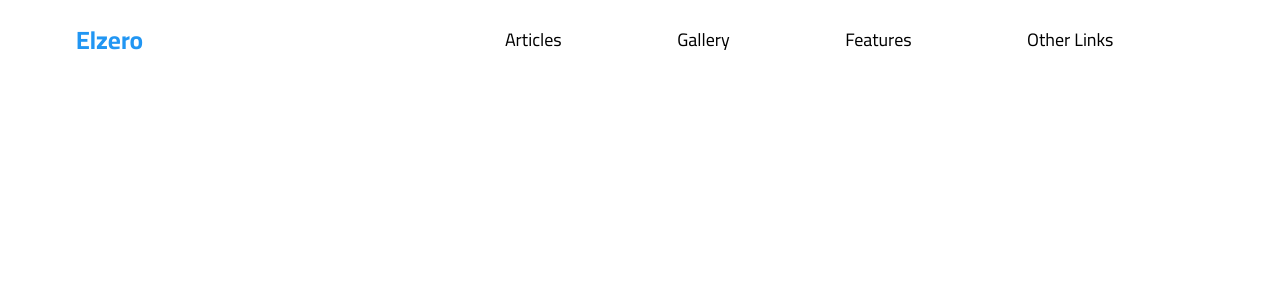
Repository: Toqa-25/elzeroAcdemey-Templete
Page: index.html
An editor plug-in stored every save of this project. The page is shown before and after a run of saves, followed by the edit.
The browser window is 1280 px wide. The pictures show the whole page.

Above is the page before, as saved 2022-01-16 20:49:21.

### index.html
<!DOCTYPE html>
<html lang="en">
<head>
    <meta charset="UTF-8">
    <meta http-equiv="X-UA-Compatible" content="IE=edge">
    <meta name="viewport" content="width=device-width, initial-scale=1.0">
    <!-- normalize file -->
    <link rel="stylesheet" href="css/normalize.css">
    <!-- css files -->
    <link rel="stylesheet" href="css/style.css">
    <!-- fontAwosem file -->
    <link rel="stylesheet" href="css/all.min.css">
     <!-- font files -->
     <link rel="preconnect" href="https://fonts.googleapis.com">
    <link rel="preconnect" href="https://fonts.gstatic.com" crossorigin>
    <link href="https://fonts.googleapis.com/css2?family=Cairo:wght@200;400;700;800;900&display=swap" rel="stylesheet">
    <!-- page title -->
    <title>templete 3</title>
</head>
<body>
    <header id="" class="">
        <div class="container">
            <div class="header-content">
                <div class="header-content-logo">
                    <a href="index.html" class="logo link-none">Elzero</a>
                </div>
                <nav>
                    <ul class="nav-list unlist">
                        <li class="nav-list-item"> <a href="" class="link-none  link-style" id="articles">articles</a></li>
                        <li class="nav-list-item"> <a href="" class="link-none  link-style" id="gallery">gallery</a></li>
                        <li class="nav-list-item"> <a href="" class="link-none  link-style" id="features">features</a></li>
                        <li class="nav-list-item" id="parent-other-links"> <a href="javascript:;" class="link-none  link-style " >other links</a>
                            <div class="other-links " id="child-other-links">
           <div class="other-links-content">
            <div class="other-links-content-img">
                <img src="images/header/Video files-amico.svg" alt="">
            </div>

            <ul class="other-links-list unlist">
            <div class="other-links-list-group-one">
              <li id="" class="other-links-list-item"><a href="" class="link-none  link-style "><i class="far fa-comments"></i> testimonials</a></li>
              <li id="" class="other-links-list-item"><a href="" class="link-none  link-style "><i class="far fa-user"></i> team member</a></li>
              <li id="" class="other-links-list-item"><a href="" class="link-none  link-style"><i class="far fa-building"></i> services</a></li>
              <li id="" class="other-links-list-item"><a href="" class="link-none  link-style"><i class="far fa-check-circle"></i> our skils</a></li>
              <li id="" class="other-links-list-item"><a href="" class="link-none  link-style"><i class="far fa-clipboard"></i> how it work</a></li>
            </div>
            <div class="other-links-list-group-one">
                <li id="" class="other-links-list-item"><a href="" class="link-none  link-style"><i class="far fa-calendar-alt"></i> events</a></li>
                <li id="" class="other-links-list-item"><a href="" class="link-none  link-style"><i class="fas fa-server"></i> pricing planes</a></li>
                <li id="" class="other-links-list-item"><a href="" class="link-none  link-style"><i class="far fa-play-circle"></i> top video</a></li>
                <li id="" class="other-links-list-item"><a href="" class="link-none  link-style"><i class="fas fa-chart-bar"></i> states</a></li>
                <li id="" class="other-links-list-item"><a href="" class="link-none  link-style"><i class="fas fa-percent"></i> request a discount</a></li>
            </div>
        </ul>
       </div>
       </div>
                        </li>

                    </ul>
                </nav>
            </div>
        </div>
    </header>

    <!-- welcom section -->


       <script src="script.js">

       </script>
</body>
</html>

### css/style.css
 /*
  - container
  -section head

 */
 /* global style */
 :root{
     /* --main-color:#45B2F8; */
     --main-color:#2196F3;
     --s-background:#ececec54;
     /* --s-background:#ecececa4; */
     --p-color:#D6ECEC;
 }

 *{
     box-sizing: border-box;
     margin: 0;
     padding: 0;
 }
html , body{
    width: 100%;
    height: 100%;
    margin: 0;
    padding: 0;
    overflow: hidden;
}
 body{
     font-family: "Cairo", sans-serif;
 }
 .container{
      width: 90%;
      margin:0 auto;
      /* padding: 15px 0; */
 }
 .link-none{
     text-decoration: none;
 }
 .unlist{
     list-style: none;
 }
 .link-style{
    font-size: 18px;
    text-transform: capitalize;
 }

 /* header style */
 header{
   margin-bottom: 10px;
 }
.header-content{
    display: flex;
    justify-content: space-between;
    align-items: center;
    padding: 10px 12px ;
    margin-bottom: 10px;
}
.logo{
    font-weight: bolder;
    font-size:25px;
    color:var(--main-color)
}

nav{
    width: 70%;
}
.nav-list{
    display: flex;
    justify-content: space-evenly;
    align-items: center;
}
.nav-list-item {
    cursor: pointer;
    color:#000;
    padding: 20px  25px;
    position: relative;
    transition: background-color .2s ;
    -webkit-transition: background-color .2s ;
    -moz-transition: background-color .2s ;
    -ms-transition: background-color .2s ;
    -o-transition: background-color .2s ;
}
.nav-list-item::before{
    content: "";
    height: 3px;
    width: 0;
    background-color: var(--main-color);
    position: absolute;
    top: 0px;
    left: 0;
    transition: width .6s;
    -webkit-transition: width .6s;
    -moz-transition: width .6s;
    -ms-transition: width .6s;
    -o-transition: width .6s;
}
.nav-list-item a{
        color:#000;
}

.nav-list-item:hover  {
    background-color: var(--s-background);
}
.nav-list-item:hover  a {
    color:var(--main-color);
}
.nav-list-item:hover::before{
        width: 100%;
}
#parent-other-links{
    position: relative;
}
#parent-other-links:hover #child-other-links{
    transform:translateY(20px) ;
    -webkit-transform:translateY(20px) ;
    -moz-transform:translateY(20px) ;
    -ms-transform:translateY(20px) ;
    -o-transform:translateY(20px) ;
}
/* media query for header*/
@media (max-width:767px){
    .header-content{
        flex-direction:column ;
        padding:5px 12px;
}
.header-content-logo{
    margin-bottom: 5px;
}
nav{
    width: 80%;
}
.nav-list-item{
    padding:17px 10px;
}
.nav-list-item a{
    font-size: 15px;
}
}
/********************************************************************************************/
/* style for other links */
.other-links{
 /*margin-top: 10px;
 */margin: 10 auto;
 transform: translatey(1000%);
 -webkit-transform: translatey(1000%);
 -moz-transform: translatey(1000%);
 -ms-transform: translatey(1000%);
 -o-transform: translatey(1000%);
 transition: transform .5s;
 -webkit-transition: transform .5s;
 -moz-transition: transform .5s;
 -ms-transition: transform .5s;
 -o-transition: transform .5s;
}
.other-links-content{
    display: flex;
    border-bottom: 4px solid var(--main-color);
    border-top: 2px solid var(--s-background);
}
.other-links-content-img{
    margin:auto;
}
.other-links-content-img img{
    width: 100%;
}
.other-links-list{
    width:55%;
    display: flex;
    justify-content: space-between;
    padding: 10px;
    align-items: center;
}
.other-links-list-group-one{
    width:45%
}
.other-links-list-item{
    padding: 15px ;
    border-bottom: 1px solid rgba(0, 0, 0, 0.337);
    position: relative;
    cursor: pointer;

}
.other-links-list-item:last-child{
    border:none;
}
.other-links-list-item::before{
    content:"";
    position: absolute;
    top: 0;
    left: 0;
    height: 100%;
    width: 0%;
    background-color: var(--s-background);
    transition:width .5s;
    -webkit-transition:width .5s;
    -moz-transition:width .5s;
    -ms-transition:width .5s;
    -o-transition:width .5s;
}
.other-links-list-item:hover::before{
    width: 100%;
}
.other-links-list-item a{
    font-weight: bold;
    color:var(--main-color)
}
.other-links-list-item > a > i{
 margin-right: 10px;
}
.other{
    transform: translatey(20px);
    -webkit-transform: translatey(20px);
    -moz-transform: translatey(20px);
    -ms-transform: translatey(20px);
    -o-transform: translatey(20px);
}
#child-other-links{
    width:85vw;
    position: absolute;
    right: 5px;
    /* background-color: violet; */
}
@media(max-width:991px){
    #child-other-links{
     width:87vw;
    }
     .other-links-content-img{
        display: none;
    }
    .other-links-list{
        width: 100%;
    }
}
@media(max-width:767px){
    #child-other-links{
        width:100vw;
        margin-right: -166px;
    }
     .other-links-list{
        flex-direction: column;
    }
        .other-links-list-group-one{
    width:100%;
}
.other-links-list-item:last-child{
    border-bottom: 1px solid rgba(0, 0, 0, 0.337);
}
 .other-links-list-item a{
     font-size: 18px;
 }
}

### script.js
let otherParent = document.getElementById("parent-other-links");
let otherChild = document.getElementById("child-other-links");
otherParent.onclick = function () {
  otherChild.classList.toggle("other");
};

Loaded but not shown: css/normalize.css (library); css/all.min.css (library)

After the next 2 saves:
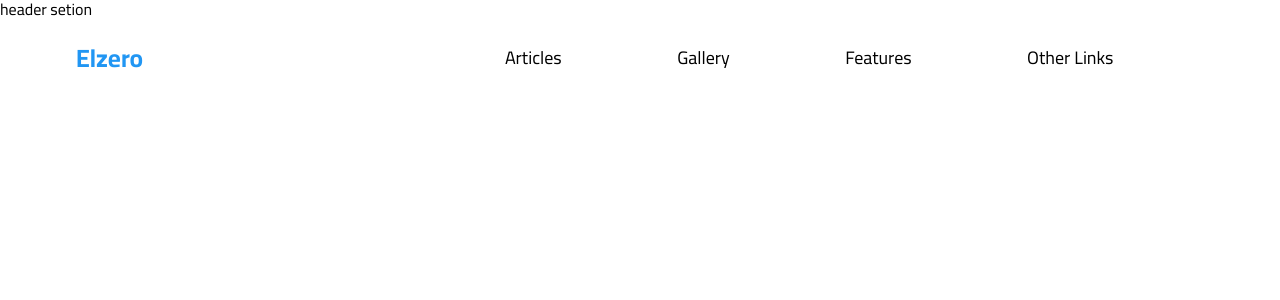
The 2 saves are shown as one change because they came seconds apart.
The last was saved 16 s later.
--- a/index.html
+++ b/index.html
@@ -18,6 +18,7 @@
     <title>templete 3</title>
 </head>
 <body>
+    header setion
     <header id="" class="">
         <div class="container">
             <div class="header-content">
